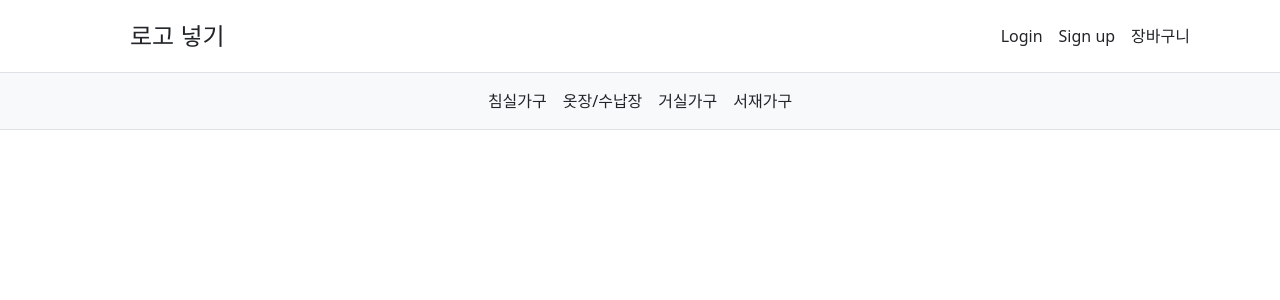
Repository: raoniee/Elice-House-Project
Page: FE/src/components/header/header.html
An editor plug-in stored every save of this project. The page is shown before and after the next save, followed by the edit.
The browser window is 1280 px wide. The pictures show the whole page.

Above is the page before, as saved 2023-07-04 16:17:37.

After the next save:
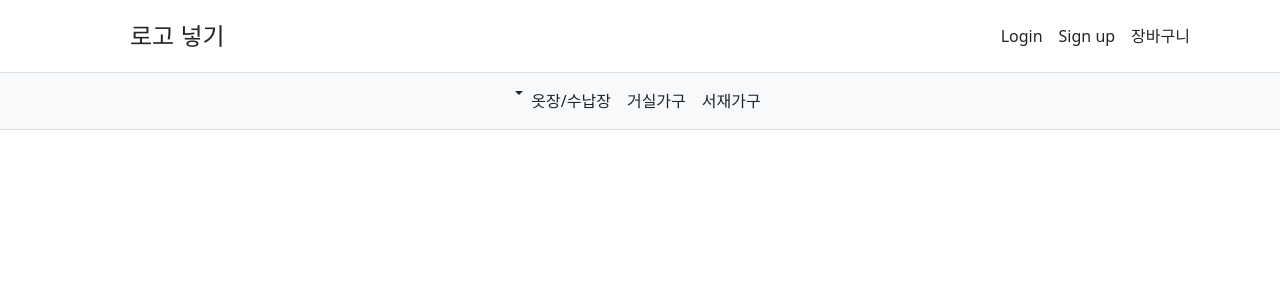
Saved 2 min 7 s later.
--- a/FE/src/components/header/header.html
+++ b/FE/src/components/header/header.html
@@ -42,7 +42,22 @@
       <div class="container">
         <ul class="nav me-auto d-flex flex-wrap justify-content-center">
           <li class="nav-item">
-            <a href="#" class="nav-link link-dark px-2">침실가구</a>
+            <div class="dropdown text-end">
+              <a
+                href="#"
+                class="d-block link-dark text-decoration-none dropdown-toggle"
+                data-bs-toggle="dropdown"
+                aria-expanded="false"
+              >
+              </a>
+              <ul class="dropdown-menu text-small">
+                <li><a class="dropdown-item" href="#">New project...</a></li>
+                <li><a class="dropdown-item" href="#">Settings</a></li>
+                <li><a class="dropdown-item" href="#">Profile</a></li>
+                <li><hr class="dropdown-divider" /></li>
+                <li><a class="dropdown-item" href="#">Sign out</a></li>
+              </ul>
+            </div>
           </li>
           <li class="nav-item">
             <a href="#" class="nav-link link-dark px-2">옷장/수납장</a>
